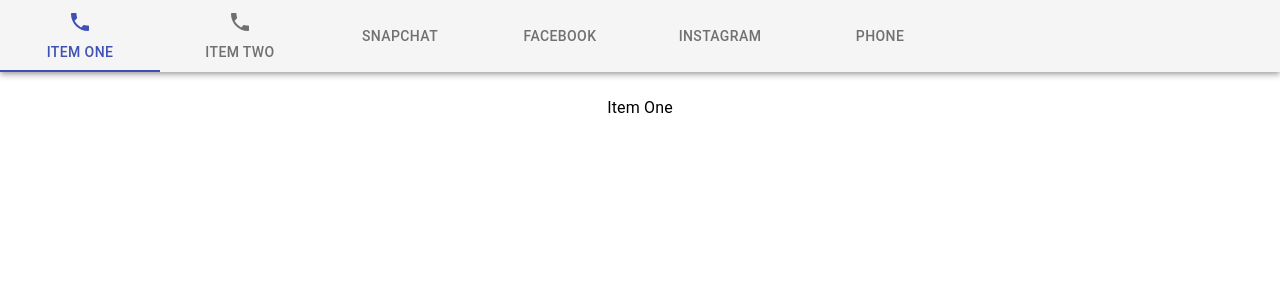
Repository: hossamsulleman1/CONTACTME
Page: / (app in my-app/)
These files come from the project's save history. The page is drawn as it stood at one moment and after the next save; the edit follows.
The browser window is 1280 px wide. The pictures show the whole page.
The project was rebuilt for these pictures with package versions that can differ from the ones it lists, and the page was loaded fresh each time.

Above is the page before, as saved 2020-11-08 10:32:54.

### my-app/src/App.js
import './App.css';
import IconNav from './Components/IconNav';

function App() {
  return (
    <div className="App">
<IconNav>

</IconNav>
    </div>
  );
}

export default App;

### my-app/src/Components/IconNav.jsx
import React from "react";
import PropTypes from "prop-types";
import { makeStyles } from "@material-ui/core/styles";
import AppBar from "@material-ui/core/AppBar";
import Tabs from "@material-ui/core/Tabs";
import Tab from "@material-ui/core/Tab";
import Typography from "@material-ui/core/Typography";
import Box from "@material-ui/core/Box";
import PhoneIcon from "@material-ui/icons/Phone";

function TabPanel(props) {
  const { children, value, index, ...other } = props;

  return (
    <div
      role="tabpanel"
      hidden={value !== index}
      id={`scrollable-auto-tabpanel-${index}`}
      aria-labelledby={`scrollable-auto-tab-${index}`}
      {...other}
    >
      {value === index && (
        <Box p={3}>
          <Typography>{children}</Typography>
        </Box>
      )}
    </div>
  );
}

TabPanel.propTypes = {
  children: PropTypes.node,
  index: PropTypes.any.isRequired,
  value: PropTypes.any.isRequired,
};

function a11yProps(index) {
  return {
    id: `scrollable-auto-tab-${index}`,
    "aria-controls": `scrollable-auto-tabpanel-${index}`,
  };
}

const useStyles = makeStyles((theme) => ({
  root: {
    flexGrow: 1,
    width: "100%",
    backgroundColor: theme.palette.background.paper,
  },
}));

export default function IconNav() {
  const classes = useStyles();
  const [value, setValue] = React.useState(0);

  const handleChange = (event, newValue) => {
    setValue(newValue);
  };

  return (
    <div className={classes.root}>
      <AppBar position="static" color="default">
        <Tabs
          value={value}
          onChange={handleChange}
          indicatorColor="primary"
          textColor="primary"
          variant="scrollable"
          scrollButtons="auto"
          aria-label="scrollable auto tabs example"
        >
          <Tab icon={<PhoneIcon />} label="Item One" {...a11yProps(0)} />
          <Tab icon={<PhoneIcon />} label="Item Two" {...a11yProps(1)} />
          <Tab label="SNAPCHAT" {...a11yProps(2)} />
          <Tab label="FACEBOOK" {...a11yProps(3)} />
          <Tab label="INSTAGRAM" {...a11yProps(4)} />
          <Tab label="PHONE" {...a11yProps(5)} />
          <Tab label="" {...a11yProps(6)} />
        </Tabs>
      </AppBar>
      <TabPanel value={value} index={0}>
        Item One
      </TabPanel>
      <TabPanel value={value} index={1}>
        Item Two
      </TabPanel>
      <TabPanel value={value} index={2}>
        Item Three
      </TabPanel>
      <TabPanel value={value} index={3}>
        Item Four
      </TabPanel>
      <TabPanel value={value} index={4}>
        Item Five
      </TabPanel>
      <TabPanel value={value} index={5}>
        Item Six
      </TabPanel>
      <TabPanel value={value} index={6}>
        Item Seven
      </TabPanel>
    </div>
  );
}

### my-app/src/Components/PageProp.jsx
import React from 'react'
import Button from '@material-ui/core/Button';


function PageProp(props) {


    return (
<div>
    <Button>
        ADD {props.name}
    </Button>
</div>
    )
}

export default PageProp;

Loaded but not shown: my-app/public/index.html (common file); my-app/src/index.js (common file); my-app/src/index.css (common file); my-app/src/reportWebVitals.js (common file); my-app/src/App.css (common file)

After the next save:
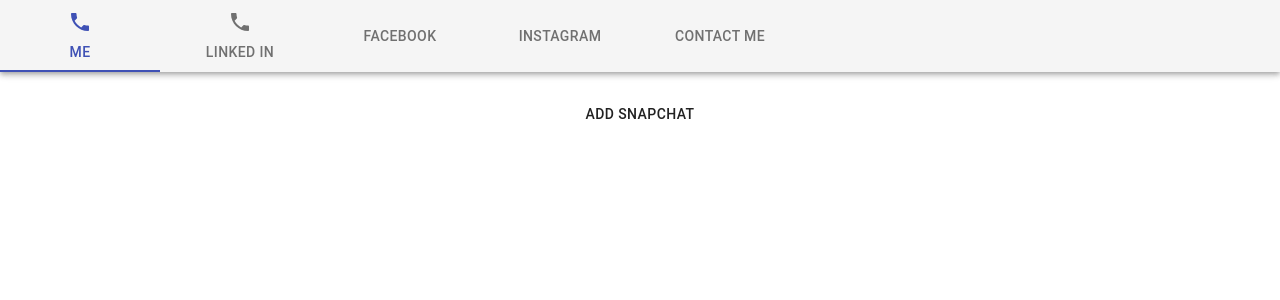
Saved 60 s later.
--- a/my-app/src/Components/IconNav.jsx
+++ b/my-app/src/Components/IconNav.jsx
@@ -7,6 +7,10 @@ import Tab from "@material-ui/core/Tab";
 import Typography from "@material-ui/core/Typography";
 import Box from "@material-ui/core/Box";
 import PhoneIcon from "@material-ui/icons/Phone";
+import PageProp from "./PageProp";
+import Button from '@material-ui/core/Button';
+
+
 
 function TabPanel(props) {
   const { children, value, index, ...other } = props;
@@ -69,26 +73,26 @@ export default function IconNav() {
           scrollButtons="auto"
           aria-label="scrollable auto tabs example"
         >
-          <Tab icon={<PhoneIcon />} label="Item One" {...a11yProps(0)} />
-          <Tab icon={<PhoneIcon />} label="Item Two" {...a11yProps(1)} />
-          <Tab label="SNAPCHAT" {...a11yProps(2)} />
-          <Tab label="FACEBOOK" {...a11yProps(3)} />
-          <Tab label="INSTAGRAM" {...a11yProps(4)} />
-          <Tab label="PHONE" {...a11yProps(5)} />
+          <Tab icon={<PhoneIcon />} label="ME" {...a11yProps(0)} />
+          <Tab icon={<PhoneIcon />} label="Linked In" {...a11yProps(1)} />
+          <Tab label="Facebook" {...a11yProps(2)} />
+          <Tab label="Instagram" {...a11yProps(3)} />
+          <Tab label="Contact Me" {...a11yProps(4)} />
+          <Tab label="" {...a11yProps(5)} />
           <Tab label="" {...a11yProps(6)} />
         </Tabs>
       </AppBar>
       <TabPanel value={value} index={0}>
-        Item One
+    <PageProp name="SnapChat"></PageProp>
       </TabPanel>
       <TabPanel value={value} index={1}>
-        Item Two
+      <PageProp name="Linked In"></PageProp>
       </TabPanel>
       <TabPanel value={value} index={2}>
-        Item Three
+      <PageProp name="Facebook"></PageProp>
       </TabPanel>
       <TabPanel value={value} index={3}>
-        Item Four
+      <PageProp name="Instagram"></PageProp>
       </TabPanel>
       <TabPanel value={value} index={4}>
         Item Five
